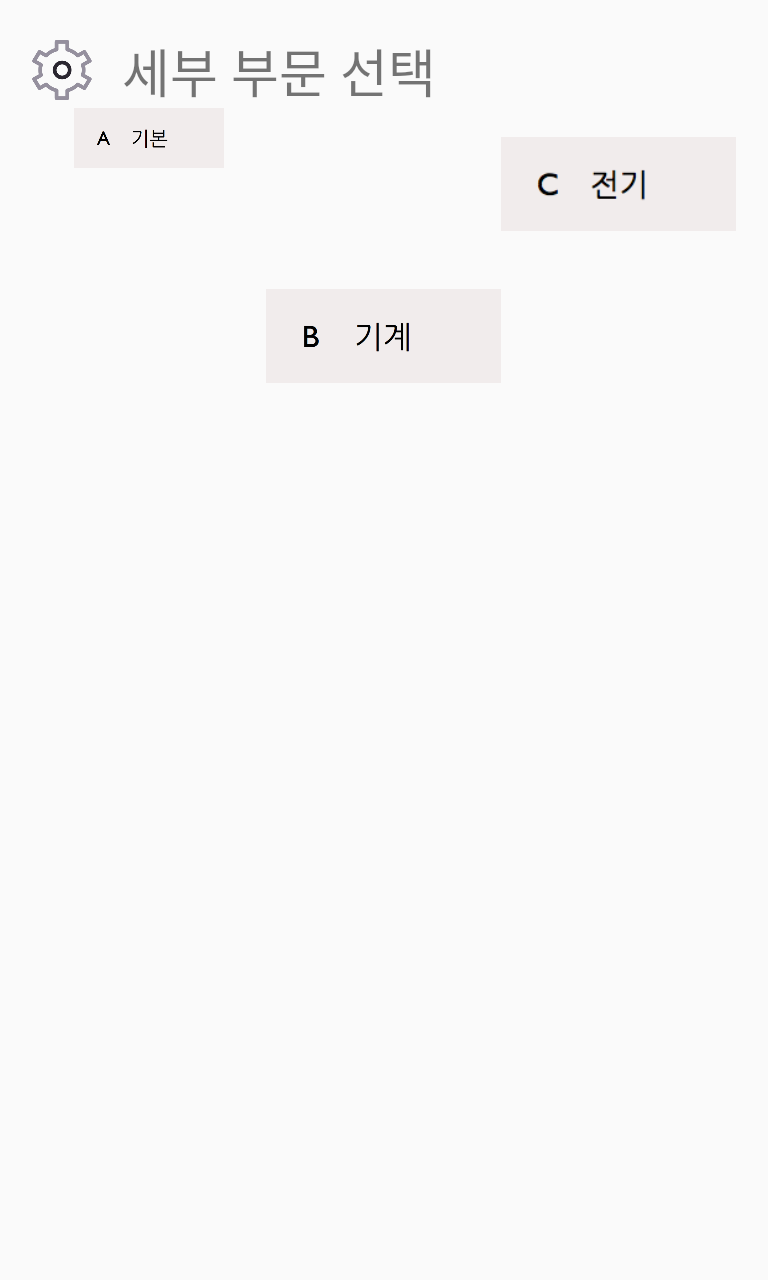
Repository: team-peony/ccfinder
Layout: android/CertifiedCompanyFinder/res/layout/fragment_category_ks.xml
The author's editor kept a copy of each file at every save. The layout is drawn from the files as they stood at one save, then again after the next save.
It is drawn on a 768 x 1280 px phone screen (xhdpi) without system bars, with theme AppTheme; the app's code is not run.

Above is the layout before, as saved 2015-02-20 05:36:26.

### android/CertifiedCompanyFinder/res/layout/fragment_category_ks.xml
<RelativeLayout xmlns:android="http://schemas.android.com/apk/res/android"
    xmlns:tools="http://schemas.android.com/tools"
    android:layout_width="match_parent"
    android:layout_height="match_parent"
    android:paddingBottom="@dimen/activity_vertical_margin"
    android:paddingLeft="@dimen/activity_horizontal_margin"
    android:paddingRight="@dimen/activity_horizontal_margin"
    android:paddingTop="@dimen/activity_vertical_margin"
    tools:context="com.peony.ccfinder.CategoryKsActivity$PlaceholderFragment" >

    <LinearLayout
        android:id="@+id/cks_llDescription"
        android:layout_width="wrap_content"
        android:layout_height="wrap_content"
        android:orientation="horizontal"
        android:gravity="center_vertical">
        <ImageView
            android:layout_width="30dp"
            android:layout_height="30dp"
            android:src="@drawable/ks_icon"/>
	    <TextView
	        android:layout_width="wrap_content"
	        android:layout_height="wrap_content"
	        android:layout_marginLeft="15dp"
	        android:textSize="26sp"
	        android:text="세부 부문 선택" />
    </LinearLayout>

    <LinearLayout
        android:layout_width="match_parent"
        android:layout_height="match_parent"
        android:layout_below="@id/cks_llDescription"
        android:orientation="vertical">

        <LinearLayout
            android:layout_width="match_parent"
            android:layout_height="wrap_content"
            android:orientation="horizontal">

			<ImageView
			    android:layout_width="0dp"
			    android:layout_height="@dimen/ks_category_height"
			    android:layout_weight="1"
			    android:src="@drawable/a_icon"/>

			<ImageView
			    android:layout_width="0dp"
			    android:layout_height="wrap_content"
			    android:layout_weight="1"
			    android:src="@drawable/b_icon"/>

			<ImageView
			    android:layout_width="0dp"
			    android:layout_height="wrap_content"
			    android:layout_weight="1"
			    android:src="@drawable/c_icon"/>
        </LinearLayout>
    </LinearLayout>

</RelativeLayout>

### android/CertifiedCompanyFinder/res/values/styles.xml
<resources>

    <!--
        Base application theme, dependent on API level. This theme is replaced
        by AppBaseTheme from res/values-vXX/styles.xml on newer devices.
    -->
    <style name="AppBaseTheme" parent="Theme.AppCompat.Light">
        <!--
            Theme customizations available in newer API levels can go in
            res/values-vXX/styles.xml, while customizations related to
            backward-compatibility can go here.
        -->
    </style>

    <!-- Application theme. -->
    <style name="AppTheme" parent="AppBaseTheme">
        <!-- All customizations that are NOT specific to a particular API-level can go here. -->
    </style>

</resources>

### android/CertifiedCompanyFinder/res/values/dimens.xml
<resources>

    <!-- Default screen margins, per the Android Design guidelines. -->
    <dimen name="activity_horizontal_margin">16dp</dimen>
    <dimen name="activity_vertical_margin">16dp</dimen>
	<dimen name="category_icon_size">24dp</dimen>
	<dimen name="category_padding">58dp</dimen>
	<dimen name="ks_category_width">130dp</dimen>
	<dimen name="ks_category_height">30dp</dimen>
</resources>

Loaded but not shown: android/CertifiedCompanyFinder/res/values-v11/styles.xml (common file); android/CertifiedCompanyFinder/res/values-v14/styles.xml (common file); android/CertifiedCompanyFinder/res/values-w820dp/dimens.xml (common file)

After the next save:
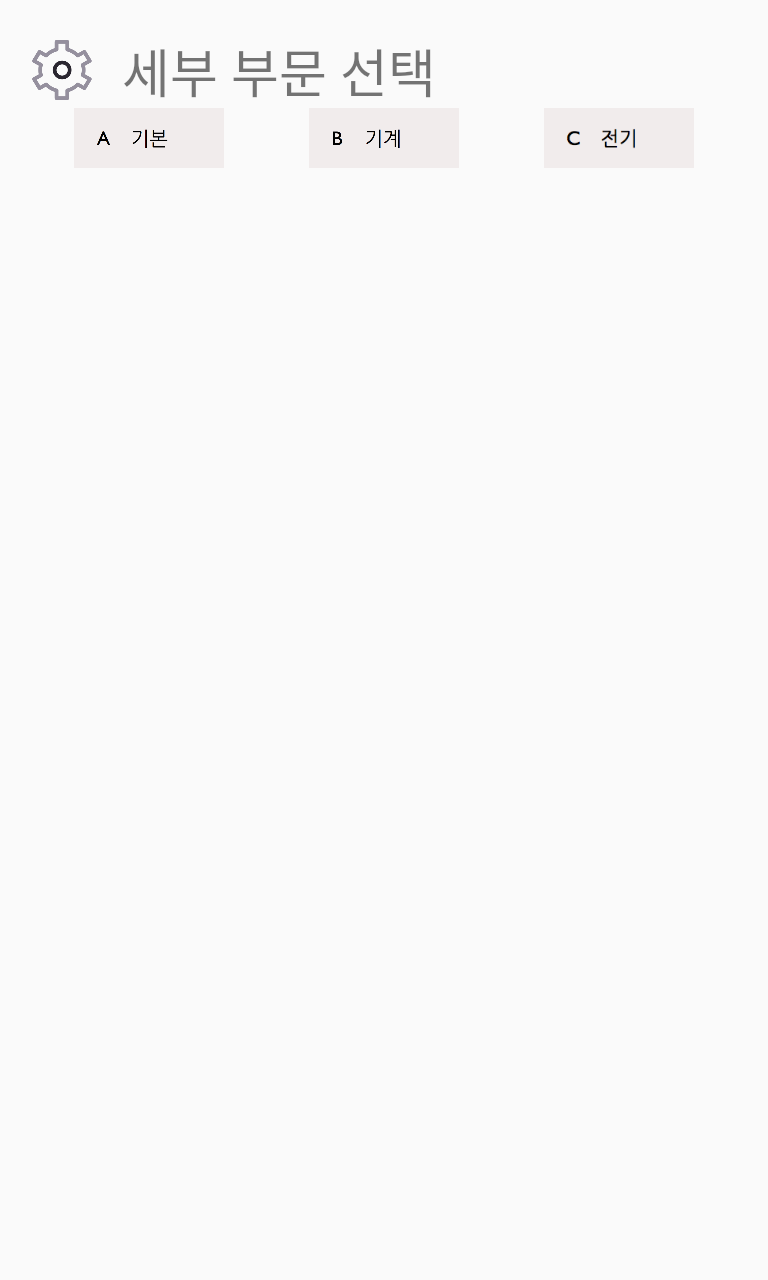
Saved 7 s later.
--- a/android/CertifiedCompanyFinder/res/layout/fragment_category_ks.xml
+++ b/android/CertifiedCompanyFinder/res/layout/fragment_category_ks.xml
@@ -45,13 +45,13 @@
 
 			<ImageView
 			    android:layout_width="0dp"
-			    android:layout_height="wrap_content"
+			    android:layout_height="@dimen/ks_category_height"
 			    android:layout_weight="1"
 			    android:src="@drawable/b_icon"/>
 
 			<ImageView
 			    android:layout_width="0dp"
-			    android:layout_height="wrap_content"
+			    android:layout_height="@dimen/ks_category_height"
 			    android:layout_weight="1"
 			    android:src="@drawable/c_icon"/>
         </LinearLayout>
